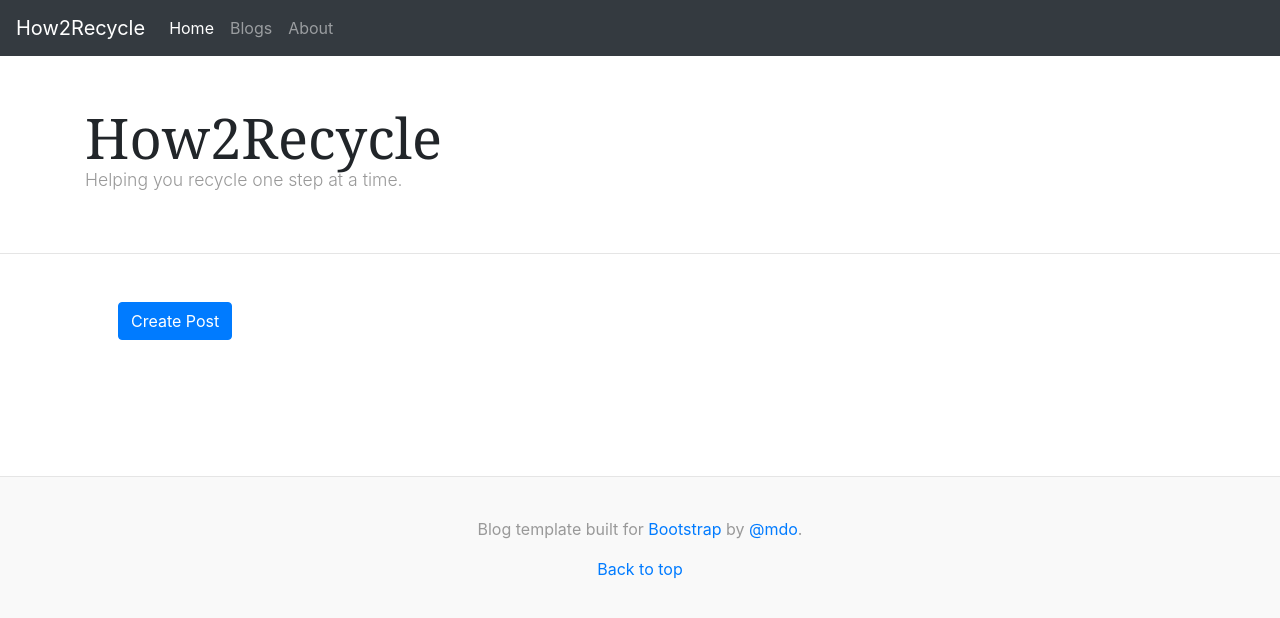
Repository: AshokSasi/CopyNPasta-Recycle-App
Page: http://localhost/posts/index
The author's editor kept a copy of each file at every save. The page is drawn from the files as they stood at one save, then again after the next save.
The browser window is 1280 px wide. The pictures show the whole page.
The page is served by the project's Laravel application, run on PHP 8.4 with Laravel 8. Other server files are loaded and not shown. Queries for data that is not in the repository find no rows.

Above is the page before, as saved 2021-09-25 15:16:20.

### routes/web.php
<?php


Route::get('/','ItemsController@index');

Route::get('/home/{item}','ItemsController@show');

Route::get('/posts/index','PostsController@index');

Route::get('/posts/create','PostsController@create');

Route::post('/posts','PostsController@store');


Route::get('/posts/{post}','PostsController@show');

Route::post('/posts/{post}/comments','CommentsController@store');

### app/Http/Controllers/PostsController.php
<?php

namespace App\Http\Controllers;

use Illuminate\Http\Request;

use App\Post;

class PostsController extends Controller
{
    public function index()
    {
        $posts = Post::latest()->get();

        return view('posts.index',compact('posts'));
    }

    public function show(Post $post)
    {

        return view('posts.show',compact('post'));
    }

    public function create()
    {
        return view('posts.create');
    }

    public function store()
    {


        //Validate requires data
        $this->validate(request(),[
            'title' => 'required',
            'body' => 'required'
        ]);

        //create
        Post::create(request(['title','body']));

        //And redirect to home page
        return redirect('/');
    }
}

### app/Post.php
<?php

namespace App;


class Post extends Model
{
    public function comments()
    {
        return $this->hasMany(Comment::class);


    }

    public function addComment($body)
    {

       //add a comment to a post
        $this->comments()->create(compact('body'));

    }


}

### app/Model.php
<?php

namespace App;

use Illuminate\Database\Eloquent\Model as Eloquent;

class Model extends Eloquent
{

    protected $guarded = [];
}

### resources/views/posts/index.blade.php
@extends('layouts.master')

@section('content')



        <div class="col-md-8 blog-main">

          <div>

          </div>
          <button class="btn btn-primary" action="/posts/create">Create Post</button>

          <br/>
          <br/>

          @foreach ($posts as $post)

             @include('posts.post')

          @endforeach


          <nav class="blog-pagination">

          </nav>

        </div><!-- /.blog-main -->



      <!-- /.row -->

   <!-- /.container -->



@endsection

### resources/views/layouts/master.blade.php

<!doctype html>
<html lang="en">
  <head>
    <meta charset="utf-8">
    <meta name="viewport" content="width=device-width, initial-scale=1, shrink-to-fit=no">
    <meta name="description" content="">
    <meta name="author" content="">
    <link rel="icon" href="/docs/4.0/assets/img/favicons/favicon.ico">

    <title>The Bootstrap Blog</title>

    <link rel="canonical" href="https://getbootstrap.com/docs/4.0/examples/album/">

    <!-- Bootstrap core CSS -->
    <link rel="stylesheet" href="https://maxcdn.bootstrapcdn.com/bootstrap/4.0.0/css/bootstrap.min.css"
    integrity="sha384-Gn5384xqQ1aoWXA+058RXPxPg6fy4IWvTNh0E263XmFcJlSAwiGgFAW/dAiS6JXm" crossorigin="anonymous">

    <!-- Custom styles for this template -->
    <link href="/css/app.css" rel="stylesheet">
  </head>

  <body>

    <header>


    @include('layouts.nav')


    </header>

<div class="container p-3 p-md-5">
  <div class="row">
    @yield('content')

  </div>

</div>
@include('layouts.footer')

    <!-- Bootstrap core JavaScript
    ================================================== -->
    <!-- Placed at the end of the document so the pages load faster -->

  </body>
</html>

### resources/views/layouts/nav.blade.php
<nav class="navbar navbar-expand-lg navbar-dark bg-dark">
  <a class="navbar-brand" href="/">How2Recycle</a>
  <button class="navbar-toggler" type="button" data-toggle="collapse" data-target="#navbarSupportedContent" aria-controls="navbarSupportedContent" aria-expanded="false" aria-label="Toggle navigation">
    <span class="navbar-toggler-icon"></span>
  </button>

  <div class="collapse navbar-collapse" id="navbarSupportedContent">
    <ul class="navbar-nav mr-auto">
      <li class="nav-item active">
        <a class="nav-link" href="/">Home <span class="sr-only">(current)</span></a>
      </li>
      <li class="nav-item">
        <a class="nav-link" href="/posts/index">Blogs</a>
      </li>
      <li class="nav-item">
        <a class="nav-link" href="#">About</a>
      </li>


    </ul>

  </div>
</nav>

<div class="blog-header p-3 p-md-5">
  <div class="container">
    <h1 class="blog-title">How2Recycle</h1>
    <p class="lead blog-description">Helping you recycle one step at a time.</p>
  </div>
</div>

### resources/views/layouts/footer.blade.php
<footer class="blog-footer">
  <p>Blog template built for <a href="https://getbootstrap.com/">Bootstrap</a> by <a href="https://twitter.com/mdo">@mdo</a>.</p>
  <p>
    <a href="#">Back to top</a>
  </p>
</footer>

### public/css/app.css
/* stylelint-disable selector-list-comma-newline-after */

.blog-header {
    line-height: 1;
    border-bottom: 1px solid #e5e5e5;
  }

  .blog-header-logo {
    font-family: "Playfair Display", Georgia, "Times New Roman", serif;
    font-size: 2.25rem;
  }

  .blog-header-logo:hover {
    text-decoration: none;
  }

  h1,
  h2,
  h3,
  h4,
  h5,
  h6 {
    font-family: "Playfair Display", Georgia, "Times New Roman", serif;
  }

  .display-4 {
    font-size: 2.5rem;
  }

  @media (min-width: 768px) {
    .display-4 {
      font-size: 3rem;
    }
  }

  .nav-scroller {
    position: relative;
    z-index: 2;
    height: 2.75rem;
    overflow-y: hidden;
  }

  .nav-scroller .nav {
    display: -webkit-box;
    display: -ms-flexbox;
    display: flex;
    -ms-flex-wrap: nowrap;
    flex-wrap: nowrap;
    padding-bottom: 1rem;
    margin-top: -1px;
    overflow-x: auto;
    text-align: center;
    white-space: nowrap;
    -webkit-overflow-scrolling: touch;
  }

  .nav-scroller .nav-link {
    padding-top: .75rem;
    padding-bottom: .75rem;
    font-size: .875rem;
  }

  .card-img-right {
    height: 100%;
    border-radius: 0 3px 3px 0;
  }

  .flex-auto {
    -ms-flex: 0 0 auto;
    -webkit-box-flex: 0;
    flex: 0 0 auto;
  }

  .h-250 {
    height: 250px;
  }

  @media (min-width: 768px) {
    .h-md-250 {
      height: 250px;
    }
  }

  .border-top {
    border-top: 1px solid #e5e5e5;
  }

  .border-bottom {
    border-bottom: 1px solid #e5e5e5;
  }

  .box-shadow {
    -webkit-box-shadow: 0 0.25rem 0.75rem rgba(0, 0, 0, 0.05);
            box-shadow: 0 0.25rem 0.75rem rgba(0, 0, 0, 0.05);
  }

  /*
     * Blog name and description
     */

  .blog-title {
    margin-bottom: 0;
    font-size: 2rem;
    font-weight: 400;
  }

  .blog-description {
    font-size: 1.1rem;
    color: #999;
  }

  @media (min-width: 40em) {
    .blog-title {
      font-size: 3.5rem;
    }
  }

  /* Pagination */

  .blog-pagination {
    margin-bottom: 4rem;
  }

  .blog-pagination > .btn {
    border-radius: 2rem;
  }

  /*
     * Blog posts
     */

  .blog-post {
    margin-bottom: 4rem;
  }

  .blog-post-title {
    margin-bottom: .25rem;
    font-size: 2.5rem;
  }

  .blog-post-meta {
    margin-bottom: 1.25rem;
    color: #999;
  }

  /*
     * Footer
     */

  .blog-footer {
    padding: 2.5rem 0;
    color: #999;
    text-align: center;
    background-color: #f9f9f9;
    border-top: .05rem solid #e5e5e5;
  }

  .blog-footer p:last-child {
    margin-bottom: 0;
  }

/* stylelint-disable selector-list-comma-newline-after */

.blog-header {
    line-height: 1;
    border-bottom: 1px solid #e5e5e5;
  }

  .blog-header-logo {
    font-family: "Playfair Display", Georgia, "Times New Roman", serif;
    font-size: 2.25rem;
  }

  .blog-header-logo:hover {
    text-decoration: none;
  }

  h1,
  h2,
  h3,
  h4,
  h5,
  h6 {
    font-family: "Playfair Display", Georgia, "Times New Roman", serif;
  }

  .display-4 {
    font-size: 2.5rem;
  }

  @media (min-width: 768px) {
    .display-4 {
      font-size: 3rem;
    }
  }

  .nav-scroller {
    position: relative;
    z-index: 2;
    height: 2.75rem;
    overflow-y: hidden;
  }

  .nav-scroller .nav {
    display: -webkit-box;
    display: -ms-flexbox;
    display: flex;
    -ms-flex-wrap: nowrap;
    flex-wrap: nowrap;
    padding-bottom: 1rem;
    margin-top: -1px;
    overflow-x: auto;
    text-align: center;
    white-space: nowrap;
    -webkit-overflow-scrolling: touch;
  }

  .nav-scroller .nav-link {
    padding-top: .75rem;
    padding-bottom: .75rem;
    font-size: .875rem;
  }

  .card-img-right {
    height: 100%;
    border-radius: 0 3px 3px 0;
  }

  .flex-auto {
    -ms-flex: 0 0 auto;
    -webkit-box-flex: 0;
    flex: 0 0 auto;
  }

  .h-250 {
    height: 250px;
  }

  @media (min-width: 768px) {
    .h-md-250 {
      height: 250px;
    }
  }

  .border-top {
    border-top: 1px solid #e5e5e5;
  }

  .border-bottom {
    border-bottom: 1px solid #e5e5e5;
  }

  .box-shadow {
    -webkit-box-shadow: 0 0.25rem 0.75rem rgba(0, 0, 0, 0.05);
            box-shadow: 0 0.25rem 0.75rem rgba(0, 0, 0, 0.05);
  }

  /*
     * Blog name and description
     */

  .blog-title {
    margin-bottom: 0;
    font-size: 2rem;
    font-weight: 400;
  }

  .blog-description {
    font-size: 1.1rem;
    color: #999;
  }

  @media (min-width: 40em) {
    .blog-title {
      font-size: 3.5rem;
    }
  }

  /* Pagination */

  .blog-pagination {
    margin-bottom: 4rem;
  }

  .blog-pagination > .btn {
    border-radius: 2rem;
  }

  /*
     * Blog posts
     */

  .blog-post {
    margin-bottom: 4rem;
  }

  .blog-post-title {
    margin-bottom: .25rem;
    font-size: 2.5rem;
  }

  .blog-post-meta {
    margin-bottom: 1.25rem;
    color: #999;
  }

  /*
     * Footer
     */

  .blog-footer {
    padding: 2.5rem 0;
    color: #999;
    text-align: center;
    background-color: #f9f9f9;
    border-top: .05rem solid #e5e5e5;
  }

  .blog-footer p:last-child {
    margin-bottom: 0;
  }
  .red-text{
    color:red;
  }

  /* ============================================================================================== */

Loaded but not shown: app/Http/Controllers/Controller.php (common file)

After the next save:
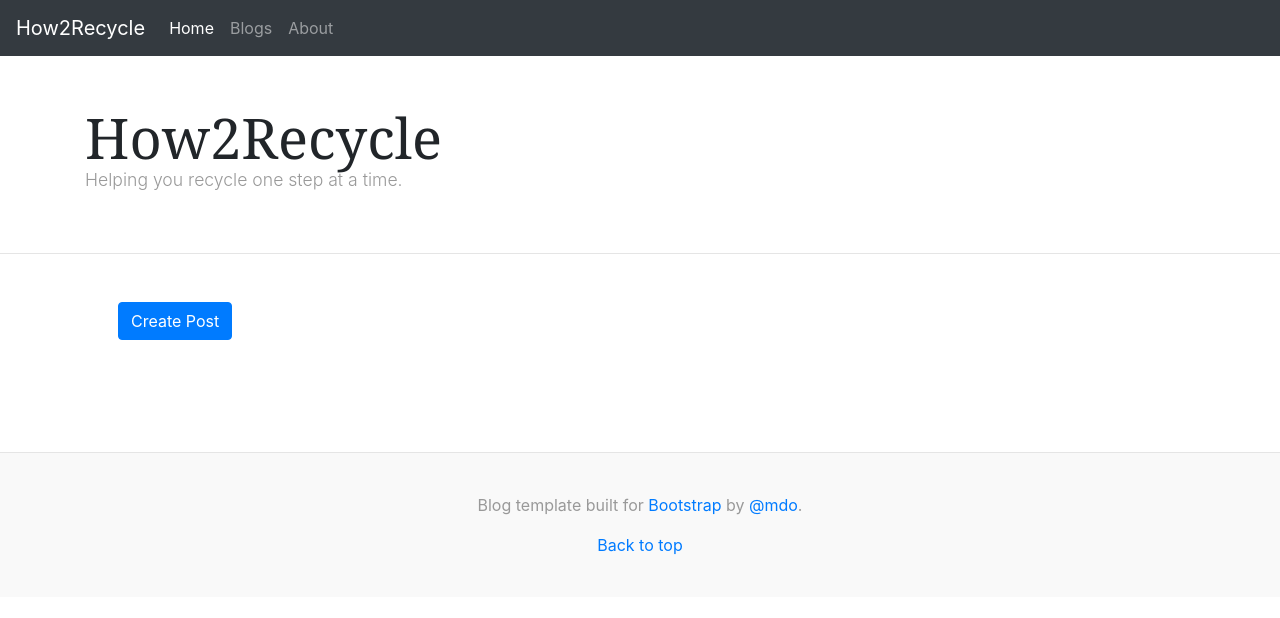
Saved 42 s later.
--- a/resources/views/posts/index.blade.php
+++ b/resources/views/posts/index.blade.php
@@ -6,13 +6,13 @@
 
         <div class="col-md-8 blog-main">
 
-          <div>
 
-          </div>
+          <form action="">
+
+          </form>
           <button class="btn btn-primary" action="/posts/create">Create Post</button>
 
-          <br/>
-          <br/>
+
 
           @foreach ($posts as $post)
 
